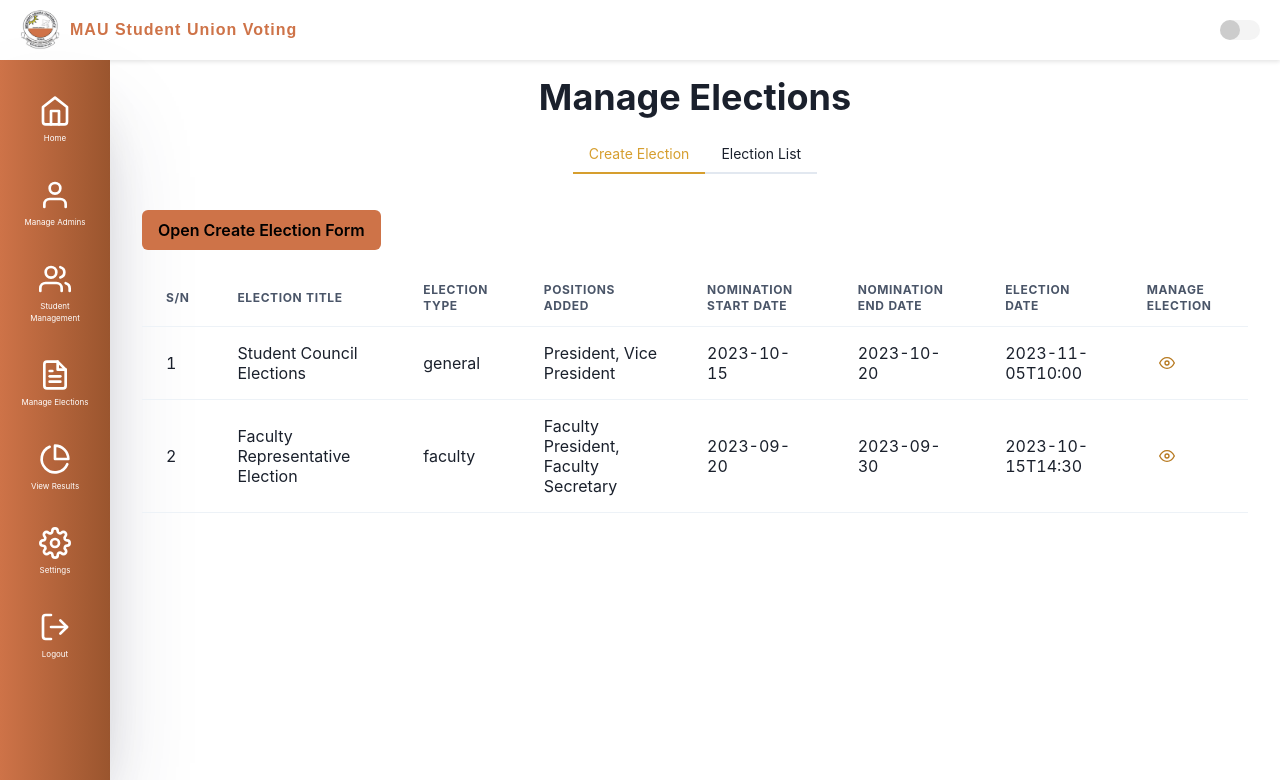
Repository: joena1o/e-vote
Page: /admin-dashboard/manage-elections
These files come from the project's save history. The page is drawn as it stood at one moment and after the next save; the edit follows.
The browser window is 1280 px wide. The pictures show the whole page.
The project was rebuilt for these pictures with package versions that can differ from the ones it lists, and the page was loaded fresh each time. Also part of the build but not shown: src/components/EnhancedLogin.js, src/components/maincontent/RegisterStudents/ManageStudents.js, src/components/maincontent/RegisterStudents/RegisterStudents.js, src/components/maincontent/RegisterStudents/StudentManagement.js, src/components/maincontent/ElectionResults/ViewResults.js, src/components/maincontent/Settings/Settings.js, src/api/index.js, src/components/maincontent/home/Home.styles.js and 15 more.

Above is the page before, as saved 2023-10-27 02:04:38.

### src/index.js
import React from 'react';
import ReactDOM from 'react-dom/client';
import './index.css';
import App from './App';
import reportWebVitals from './reportWebVitals';
import Modal from 'react-modal';

// Set the app element for the modal for accessibility purposes
Modal.setAppElement('#root');

const root = ReactDOM.createRoot(document.getElementById('root'));
root.render(
  <React.StrictMode>
    <App />
  </React.StrictMode>
);

// If you want to start measuring performance in your app, pass a function
// to log results (for example: reportWebVitals(console.log))
// or send to an analytics endpoint. Learn more: https://bit.ly/CRA-vitals
reportWebVitals();

### src/App.js
import React from 'react';
import { BrowserRouter as Router, Routes, Route, Navigate } from 'react-router-dom';
import EnhancedLogin from './components/EnhancedLogin';
import AdminDashboard from './components/AdminDashboard';
import StudentDashboard from './components/StudentDashboard';
import { ChakraProvider, ColorModeProvider, Button, useColorMode } from '@chakra-ui/react';
import { Provider } from 'react-redux';
import store from './Redux/store';
import ElectionCommitteeDashboard from './components/maincontent/ElectionCommitteeDashboard';

// Component to toggle dark mode
function DarkModeToggle() {
  const { colorMode, toggleColorMode } = useColorMode();
  return (
    <Button onClick={toggleColorMode} position="fixed" m={4} zIndex={10}>
      Toggle {colorMode === 'light' ? 'Dark' : 'Light'}
    </Button>
  );
}

function App() {
  // Check if the current route is not the "/login" route, then render the DarkModeToggle
  // const isLoginPage = window.location.pathname === '/login';

  return (
    <Provider store={store}>
      <ChakraProvider>
        <ColorModeProvider options={{ useSystemColorMode: true }}>
          <Router>
            <Routes>
              {/* Define your routes */}
              <Route path="/login" element={<EnhancedLogin />} />
              <Route path="/admin-dashboard/*" element={<AdminDashboard />} />
              <Route path="/ElectionCommittee-dashboard/*" element={<ElectionCommitteeDashboard />} />
              <Route path='/student-dashboard/*' element={<StudentDashboard />} />
              {/* Redirect root to /admin-dashboard */}
              <Route path="/" element={<Navigate to="/admin-dashboard" replace />} />
            </Routes>
          </Router>
          {/* Render DarkModeToggle only if not on the "/login" page */}
          {/* {!isLoginPage && <DarkModeToggle />} */}
        </ColorModeProvider>
      </ChakraProvider>
    </Provider>
  );
}

export default App;

### src/components/AdminDashboard.js
// AdminDashboard.js
import React from 'react';
import { Routes, Route } from 'react-router-dom';
import StudentManagement from './maincontent/RegisterStudents/StudentManagement';
import ViewResults from './maincontent/ElectionResults/ViewResults';
import Settings from './maincontent/Settings/Settings';
import Home from './maincontent/home/Home';
import ManageAdmin from './maincontent/ManageAdmins/ManageAdmins';
import ManageElections from './maincontent/ManageElections/ManageElections';
import Sidebar from './Sidebar';
import Navbar from './Navbar';
import styled from 'styled-components';

const Container = styled.div`
  display: flex;
  flex-direction: column;
  /* Add the following line to ensure Container fills the screen height */
  height: 100vh;
  width: 100%; /* Use 100% to fill the entire width of the screen */
`;


const Content = styled.div`
  display: flex;
  /* Add the following line to ensure Content fills the remaining screen space */
  flex: 1;
`;

const AdminDashboard = () => {
  return (
    <Container>
      <Navbar />
      <Content>
        <Sidebar />
        <Routes>
          <Route index element={<Home />} />
          <Route path="student-management" element={<StudentManagement />} />
          <Route path="view-results" element={<ViewResults />} />
          <Route path="settings" element={<Settings />} />
          <Route path="manage-admin" element={<ManageAdmin />} />
          <Route path="manage-elections" element={<ManageElections />} />
        </Routes>
      </Content>
    </Container>
  );
};

export default AdminDashboard;

### src/Redux/store.js
import { configureStore } from '@reduxjs/toolkit';
import electionReducer from './electionSlice';
import studentsReducer from './studentsSlice';
import candidatesReducer from './CandidateSlice'; // Import the candidates reducer

const store = configureStore({
  reducer: {
    elections: electionReducer,
    students: studentsReducer,
    candidates: candidatesReducer, // Add the candidates reducer here
  },
});

export default store;

### src/components/maincontent/ManageElections/ManageElections.js
import React, { useState } from 'react';
import { Tabs, TabList, TabPanels, Tab, TabPanel, Box, Flex, Heading } from '@chakra-ui/react';
import CreateElections from './CreateElection';
import ElectionList from './ElectionList';

const ManageElections = () => {
  const [activeTab, setActiveTab] = useState(0);

  const handleTabChange = (index) => {
    setActiveTab(index);
  };

  return (
    <Flex direction="column" align="center" w="100vw" h="100vh" p={4}>
      <Heading mb={4}>Manage Elections</Heading>
      <Box w="100%" h="100%" maxW="full">
        <Tabs index={activeTab} onChange={handleTabChange} isLazy>
          <Flex justifyContent="center" w="100%">
            <TabList display="inline-flex">
              <Tab fontSize="sm" px={4} py={2} _selected={{ borderBottom: '2px solid', borderColor: 'yellow.500', color: 'yellow.500' }}>
                Create Election
              </Tab>
              <Tab fontSize="sm" px={4} py={2} _selected={{ borderBottom: '2px solid', borderColor: 'yellow.500', color: 'yellow.500' }}>
                Election List
              </Tab>
            </TabList>
          </Flex>
          <TabPanels>
            <TabPanel>
              <CreateElections />
            </TabPanel>
            <TabPanel>
              <ElectionList />
            </TabPanel>
          </TabPanels>
        </Tabs>
      </Box>
    </Flex>
  );
};

export default ManageElections;

### src/components/Sidebar.js
import React from 'react';
import styled from 'styled-components';
import { Link } from 'react-router-dom';
import { FiHome, FiUser, FiUsers, FiFileText, FiSettings, FiLogOut, FiPieChart } from 'react-icons/fi';
import { useColorMode } from '@chakra-ui/react';

const SidebarContainer = styled.nav`
  background: ${props => (props.theme === 'dark' ? '#333' : 'linear-gradient(to right, #ce7348, #9a552e)')};
  padding: 15px;
  height: 100vh;
  color: #fff;
  box-shadow: rgba(50, 50, 93, 0.25) 0px 50px 100px -20px, rgba(0, 0, 0, 0.3) 0px 30px 60px -30px;
  display: flex;
  flex-direction: column;
`;

const LinkList = styled.ul`
  list-style-type: none;
  padding: 0;
  flex: 1;
`;

const StyledLink = styled(Link)`
  text-decoration: none;
  color: #fff;
  display: flex;
  flex-direction: column;
  align-items: center;
  transition: color 0.3s ease;
  margin-bottom: 15px;
  cursor: pointer;
  font-size: 0.5rem;

  &:hover {
    color: #fce364;
  }

  width: 80px;
  text-align: center;
  word-wrap: break-word;
  overflow-wrap: break-word;

  @media (max-width: 768px) {
    font-size: 0.4rem;
  }

  @media (max-width: 480px) {
    font-size: 0.3rem;
  }
`;

const LinkItem = styled.li`
  display: flex;
  align-items: center;
  margin-top: 20px;
`;

const Icon = styled.div`
  font-size: 2rem;
  color: #fff;

  @media (max-width: 768px) {
    font-size: 0.9rem;
  }

  @media (max-width: 480px) {
    font-size: 0.8rem;
  }

  margin-bottom: 5px;

  ${StyledLink}:hover & {
    color: #fce364;  // Change icon color when the link is hovered
  }
`;

function Sidebar() {
  const { colorMode } = useColorMode();

  return (
    <SidebarContainer theme={colorMode}>
      <LinkList>
        <LinkItem>
          <StyledLink to="/admin-dashboard">
            <Icon><FiHome /></Icon>
            Home
          </StyledLink>
        </LinkItem>
        <LinkItem>
          <StyledLink to="/admin-dashboard/manage-admin">
            <Icon><FiUser /></Icon>
            Manage Admins
          </StyledLink>
        </LinkItem>
        <LinkItem>
          <StyledLink to="/admin-dashboard/student-management">
            <Icon><FiUsers /></Icon>
            Student Management
          </StyledLink>
        </LinkItem>
        <LinkItem>
          <StyledLink to="/admin-dashboard/manage-elections">
            <Icon><FiFileText /></Icon>
            Manage Elections
          </StyledLink>
        </LinkItem>
        <LinkItem>
          <StyledLink to="/admin-dashboard/view-results">
            <Icon><FiPieChart /></Icon>
            View Results
          </StyledLink>
        </LinkItem>
        <LinkItem>
          <StyledLink to="/admin-dashboard/settings">
            <Icon><FiSettings /></Icon>
            Settings
          </StyledLink>
        </LinkItem>
        <LinkItem>
          <StyledLink to="/logout">
            <Icon><FiLogOut /></Icon>
            Logout
          </StyledLink>
        </LinkItem>
      </LinkList>
    </SidebarContainer>
  );
}

export default Sidebar;

### src/components/Navbar.js
import React from 'react';
import styled, { createGlobalStyle } from 'styled-components';
import logo from '../assets/school_logo.jpg';
import { useColorMode } from '@chakra-ui/react';

const GlobalStyle = createGlobalStyle`
  body {
    background-color: ${props => (props.theme === 'dark' ? '#333' : '#fff')};
    color: ${props => (props.theme === 'dark' ? '#fff' : '#000')}; // Set other component texts to black in light mode
  }
`;

const Header = styled.header`
  background: ${props => (props.theme === 'dark' ? '#333' : '#fff')};
  color: ${props => (props.theme === 'dark' ? '#fff' : '#ce7348')}; // Set navbar text to brown in light mode
  padding: 10px 20px;
  display: flex;
  align-items: center;
  justify-content: flex-start;
  box-shadow: 0px 2px 4px rgba(0, 0, 0, 0.1);
  font-family: 'Poppins', sans-serif;
`;


const Logo = styled.img`
  width: 40px;
  height: 40px;
  border-radius: 20px;
  margin-right: 10px;
`;

const Title = styled.h1`
  margin: 0;
  padding: 0;
  font-size: 1rem;
  font-weight: 600;
  letter-spacing: 1px;
`;

const ToggleSlider = styled.label`
  display: flex;
  align-items: center;
  cursor: pointer;
  margin-left: auto;
`;

const SliderInput = styled.input.attrs({ type: 'checkbox' })`
  display: none;
`;

const Slider = styled.div`
  width: 40px;
  height: 20px;
  background-color: ${props => (props.theme === 'dark' ? '#333' : '#f4f4f4')};
  border-radius: 20px;
  position: relative;
  transition: background-color 0.3s ease;
  cursor: pointer;

  &::after {
    content: '';
    width: 20px;
    height: 20px;
    border-radius: 50%;
    background-color: ${props => (props.theme === 'dark' ? '#fff' : '#ccc')};
    position: absolute;
    top: 50%;
    transform: translateY(-50%);
    left: ${props => (props.theme === 'dark' ? '20px' : '0')};
    transition: left 0.3s ease;
  }
`;

function Navbar() {
  const { colorMode, toggleColorMode } = useColorMode();

  return (
    <>
      <GlobalStyle theme={colorMode} />
      <Header theme={colorMode}>
        <Logo src={logo} alt="University Logo" />
        <Title>MAU Student Union Voting</Title>
        <ToggleSlider>
          <SliderInput type="checkbox" onChange={toggleColorMode} />
          <Slider theme={colorMode} />
        </ToggleSlider>
      </Header>
    </>
  );
}

export default Navbar;

### src/Redux/electionSlice.js
/*import { createSlice, createAsyncThunk } from '@reduxjs/toolkit';
import { API, graphqlOperation } from 'aws-amplify';
import { createElection as createElectionAPI } from '../graphql/mutations';

export const createElection = createAsyncThunk(
  'elections/createElection',
  async (election, { rejectWithValue }) => {
    try {
      const result = await API.graphql(graphqlOperation(createElectionAPI, { input: election }));
      return result.data.createElection;
    } catch (error) {
      return rejectWithValue(error);
    }
  }
);

const electionSlice = createSlice({
  name: 'elections',
  initialState: [],
  reducers: {},
  extraReducers: (builder) => {
    builder.addCase(createElection.fulfilled, (state, action) => {
      state.push(action.payload);
    });
  },
});

export default electionSlice.reducer;
*/

### src/Redux/studentsSlice.js
import { createSlice } from '@reduxjs/toolkit';

export const studentsSlice = createSlice({
  name: 'students',
  initialState: [],
  reducers: {
    addStudents: (state, action) => {
      // Add students to the Redux store
      action.payload.forEach(student => {
        state.push(student);
      });
    },
  },
});

export const { addStudents } = studentsSlice.actions;

export default studentsSlice.reducer;

### src/Redux/CandidateSlice.js

import { createSlice } from '@reduxjs/toolkit';

export const candidatesSlice = createSlice({
  name: 'candidates',
  initialState: [],
  reducers: {
    setCandidates: (state, action) => {
      return action.payload;
    },
  },
});

export const { setCandidates } = candidatesSlice.actions;
export default candidatesSlice.reducer;

### src/components/maincontent/ManageElections/CreateElection.js
import React, { useState } from 'react';
import Select from 'react-select';
import { useFormik } from 'formik';
import { Button, Modal, ModalOverlay, ModalContent, ModalHeader, ModalFooter, ModalBody, ModalCloseButton, Input, FormControl, FormLabel, Box, Table, Thead, Tbody, Tr, Th, Td, VStack, useColorMode, IconButton } from '@chakra-ui/react';
import { FiCalendar, FiUsers, FiFileText, FiUserCheck, FiClipboard, FiType, FiEye } from 'react-icons/fi';

const CreateElection = () => {
  const [electionType, setElectionType] = useState('');
  const [modalIsOpen, setModalIsOpen] = useState(false);
  const [elections, setElections] = useState([]);
  const { colorMode } = useColorMode();

  const initialElections = [
    {
      electionTitle: 'Student Council Elections',
      electionType: 'general',
      nominationStartDate: '2023-10-15',
      nominationEndDate: '2023-10-20',
      electionDate: '2023-11-05T10:00',
      positions: ['President', 'Vice President'],
      committeeMembers: [],
    },
    {
      electionTitle: 'Faculty Representative Election',
      electionType: 'faculty',
      nominationStartDate: '2023-09-20',
      nominationEndDate: '2023-09-30',
      electionDate: '2023-10-15T14:30',
      positions: ['Faculty President', 'Faculty Secretary'],
      committeeMembers: ['Pascal@example.com', 'Prisca@example.com'],
    },
    // Add more mock elections as needed
  ];

  const formik = useFormik({
    initialValues: {
      electionTitle: '',
      electionType: '',
      nominationStartDate: '',
      nominationEndDate: '',
      electionDate: '',
      positions: [],
      committeeMembers: [],
    },
    onSubmit: async (values) => {
      // Close the modal
      setModalIsOpen(false);

      // Update the elections state
      setElections([...elections, values]);
    },
  });

  const electionTypeOptions = [
    { value: 'general', label: 'General' },
    { value: 'faculty', label: 'Faculty' },
    { value: 'department', label: 'Department' },
    { value: 'hall', label: 'Hall' },
  ];

  const students = [
    { value: 'Pascal@example.com', label: 'Prisca Ahmadu' },
    { value: 'Prisca@example.com', label: 'Paul Ahmadu' },
  ];

  const positions = [
    { value: 'President', label: 'President' },
    { value: 'Vice President', label: 'Vice President' },
  ];

  const handleManageElection = (election) => {
    // Replace this with your logic to manage the election
    console.log('Managing election:', election);
  };

  return (
    <>
     <Button onClick={() => setModalIsOpen(true)} mt={5} bg="#ce7348" color="black" >
       Open Create Election Form
     </Button>


      <Box width="100%" mt={5}>
        <Table variant="simple">
          <Thead>
            <Tr>
              <Th className="smaller-title">S/N</Th>
              <Th className="smaller-title">Election Title</Th>
              <Th className="smaller-title">Election Type</Th>
              <Th className="smaller-title">Positions Added</Th>
              <Th className="smaller-title">Nomination Start Date</Th>
              <Th className="smaller-title">Nomination End Date</Th>
              <Th className="smaller-title">Election Date</Th>
              <Th className="smaller-title">Manage Election</Th>
            </Tr>
          </Thead>
          <Tbody>
            {initialElections.map((election, index) => (
              <Tr key={index}>
                <Td>{index + 1}</Td>
                <Td>{election.electionTitle}</Td>
                <Td>{election.electionType}</Td>
                <Td>{election.positions.join(', ')}</Td>
                <Td>{election.nominationStartDate}</Td>
                <Td>{election.nominationEndDate}</Td>
                <Td>{election.electionDate}</Td>
                <Td>
                  <IconButton
                    aria-label="Manage Election"
                    icon={<FiEye />}
                    variant="ghost"
                    colorScheme="yellow"
                    onClick={() => handleManageElection(election)}
                  />
                </Td>
              </Tr>
            ))}
            {elections.map((election, index) => (
              <Tr key={index + initialElections.length}>
                <Td>{index + initialElections.length + 1}</Td>
                <Td>{election.electionTitle}</Td>
                <Td>{election.electionType}</Td>
                <Td>{election.positions.join(', ')}</Td>
                <Td>{election.nominationStartDate}</Td>
                <Td>{election.nominationEndDate}</Td>
                <Td>{election.electionDate}</Td>
                <Td>
                  <IconButton
                    aria-label="Manage Election"
                    icon={<FiEye />}
                    variant="ghost"
                    colorScheme="yellow"
                    onClick={() => handleManageElection(election)}
                  />
                </Td>
              </Tr>
            ))}
          </Tbody>
        </Table>
      </Box>

      <Modal isOpen={modalIsOpen} onClose={() => setModalIsOpen(false)} size="md">
        <ModalOverlay />
        <ModalContent>
          <ModalHeader>Create Election</ModalHeader>
          <ModalCloseButton />
          <ModalBody as="form" onSubmit={formik.handleSubmit}>
            <VStack spacing={4}>
              <FormControl width="100%">
                <FormLabel>Election Title:</FormLabel>
                <Input
                  name="electionTitle"
                  type="text"
                  placeholder="Enter Election Title"
                  onChange={formik.handleChange}
                  value={formik.values.electionTitle}
                />
              </FormControl>

              <FormControl width="100%">
                <FormLabel>Election Type:</FormLabel>
                <Box width="100%">
                  <Select
                    name="electionType"
                    options={electionTypeOptions}
                    onChange={(option) => {
                      formik.setFieldValue('electionType', option.value);
                      setElectionType(option.value);
                    }}
                    value={electionTypeOptions.find(
                      (option) => option.value === formik.values.electionType
                    )}
                    placeholder="Select Election Type"
                    isDark={colorMode === 'dark'}
                  />
                </Box>
              </FormControl>

              <FormControl width="100%">
                <FormLabel>Nomination Start Date:</FormLabel>
                <Input
                  name="nominationStartDate"
                  type="date"
                  onChange={formik.handleChange}
                  value={formik.values.nominationStartDate}
                />
              </FormControl>

              <FormControl width="100%">
                <FormLabel>Nomination End Date:</FormLabel>
                <Input
                  name="nominationEndDate"
                  type="date"
                  onChange={formik.handleChange}
                  value={formik.values.nominationEndDate}
                />
              </FormControl>

              <FormControl width="100%">
                <FormLabel>Election Date:</FormLabel>
                <Input
                  name="electionDate"
                  type="datetime-local"
                  onChange={formik.handleChange}
                  value={formik.values.electionDate}
                />
              </FormControl>

              <FormControl width="100%">
                <FormLabel>Positions:</FormLabel>
                <Select
                  isMulti
                  name="positions"
                  options={positions}
                  onChange={(selectedOptions) => {
                    formik.setFieldValue(
                      'positions',
                      selectedOptions ? selectedOptions.map((option) => option.value) : []
                    );
                  }}
                  value={positions.filter((position) =>
                    formik.values.positions.includes(position.value)
                  )}
                  placeholder="Select positions..."
                  isDark={colorMode === 'dark'}
                />
              </FormControl>

              <FormControl width="100%">
                <FormLabel>Committee Members:</FormLabel>
                <Box width="100%">
                  <Select
                    isMulti
                    options={students}
                    onChange={(selectedOptions) => {
                      formik.setFieldValue(
                        'committeeMembers',
                        selectedOptions ? selectedOptions.map((option) => option.value) : []
                      );
                    }}
                    value={students.filter((student) =>
                      formik.values.committeeMembers.includes(student.value)
                    )}
                    placeholder="Select members..."
                    isDark={colorMode === 'dark'}
                  />
                </Box>
              </FormControl>
            </VStack>
          </ModalBody>
          <ModalFooter>
            <Button type="submit" bg="#ce7348" color="white" mr={3}>
              Create Election
            </Button>
          </ModalFooter>
        </ModalContent>
      </Modal>
    </>
  );
};

export default CreateElection;

Loaded but not shown: public/index.html (common file); src/index.css (common file); src/reportWebVitals.js (common file)

After the next save:
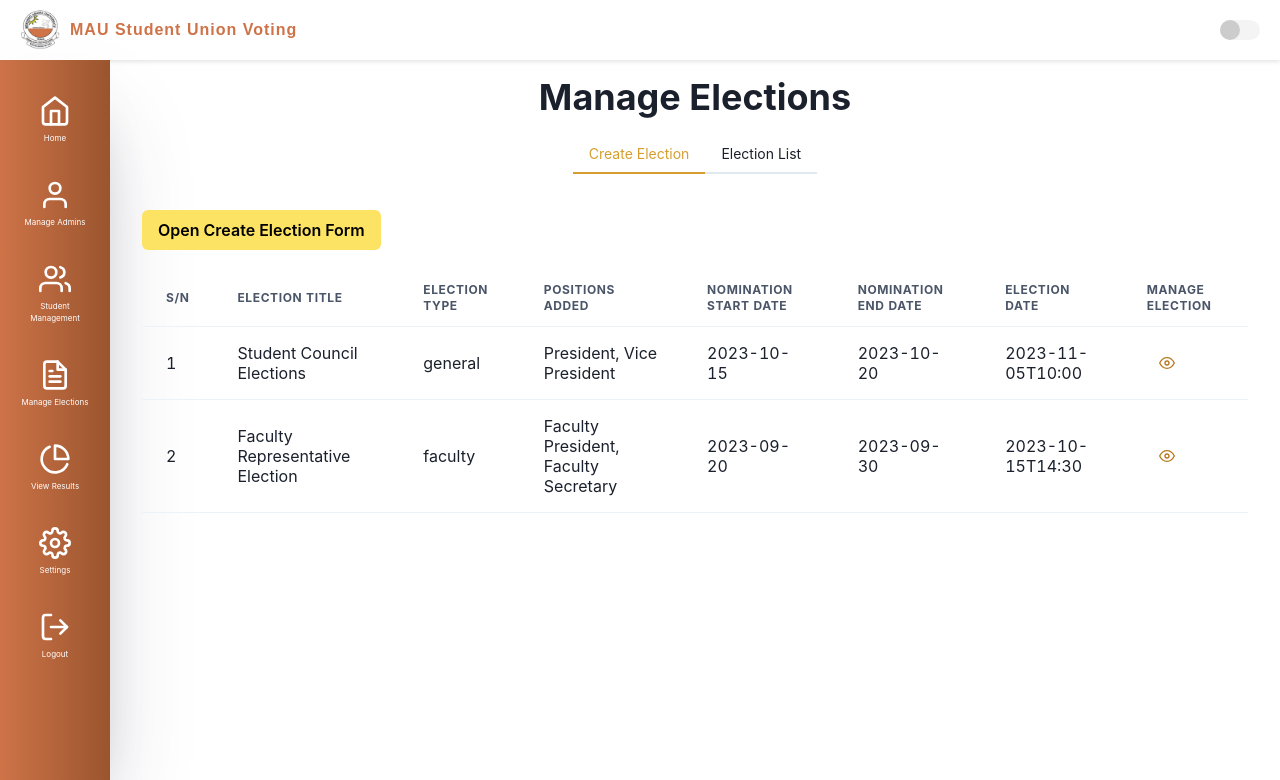
Saved 84 s later.
--- a/src/components/maincontent/ManageElections/CreateElection.js
+++ b/src/components/maincontent/ManageElections/CreateElection.js
@@ -75,7 +75,7 @@ const CreateElection = () => {
 
   return (
     <>
-     <Button onClick={() => setModalIsOpen(true)} mt={5} bg="#ce7348" color="black" >
+     <Button onClick={() => setModalIsOpen(true)} mt={5} bg="#fce364" color="black" >
        Open Create Election Form
      </Button>
 
